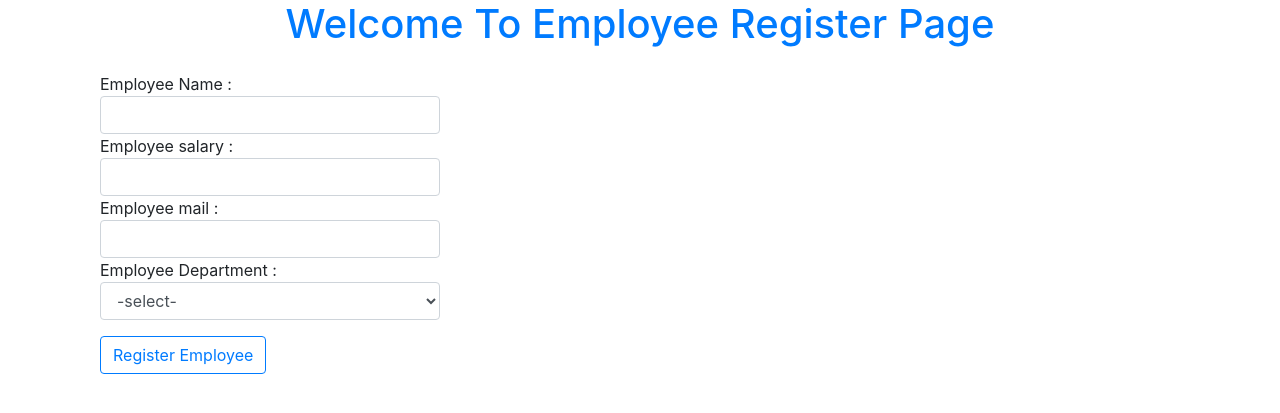
Repository: lokeshsukhwal/EmployeeMiniProject
Page: http://localhost/EmployeeRegister
The author's editor kept a copy of each file at every save. The page is drawn from the files as they stood at one save, then again after the next save.
The browser window is 1280 px wide. The pictures show the whole page.
The page is this project's Thymeleaf template; nobody is signed in. The template is opened directly, without the code that normally fills it, so the values that code supplies are empty.

Above is the page before, as saved 2023-01-18 13:21:56.

After the next save:
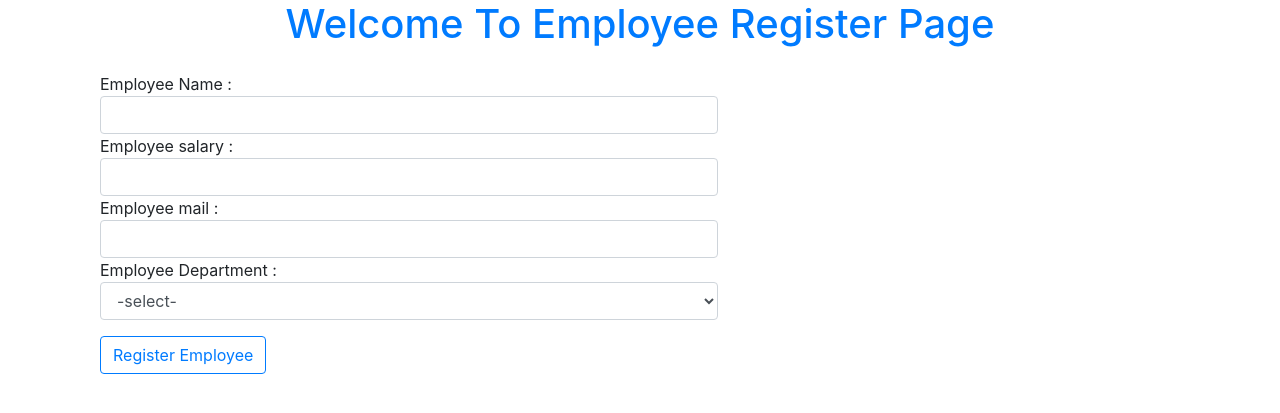
Saved 24 s later.
--- a/SpringBootMvc-ThymeleafMySqlCrudMiniProject/src/main/resources/templates/EmployeeRegister.html
+++ b/SpringBootMvc-ThymeleafMySqlCrudMiniProject/src/main/resources/templates/EmployeeRegister.html
@@ -9,7 +9,7 @@
 <body>
 <div class="container">
 	<h1 class=" text-primary text-center">Welcome To Employee Register Page</h1>
-		<form th:action="@{/employee/save}" method="POST" class="mt-4 form col-sm-4">
+		<form th:action="@{/employee/save}" method="POST" class="mt-4 form col-sm-7">
 
 			Employee Name : <input type="text" name="empName"class="form-control">
 
